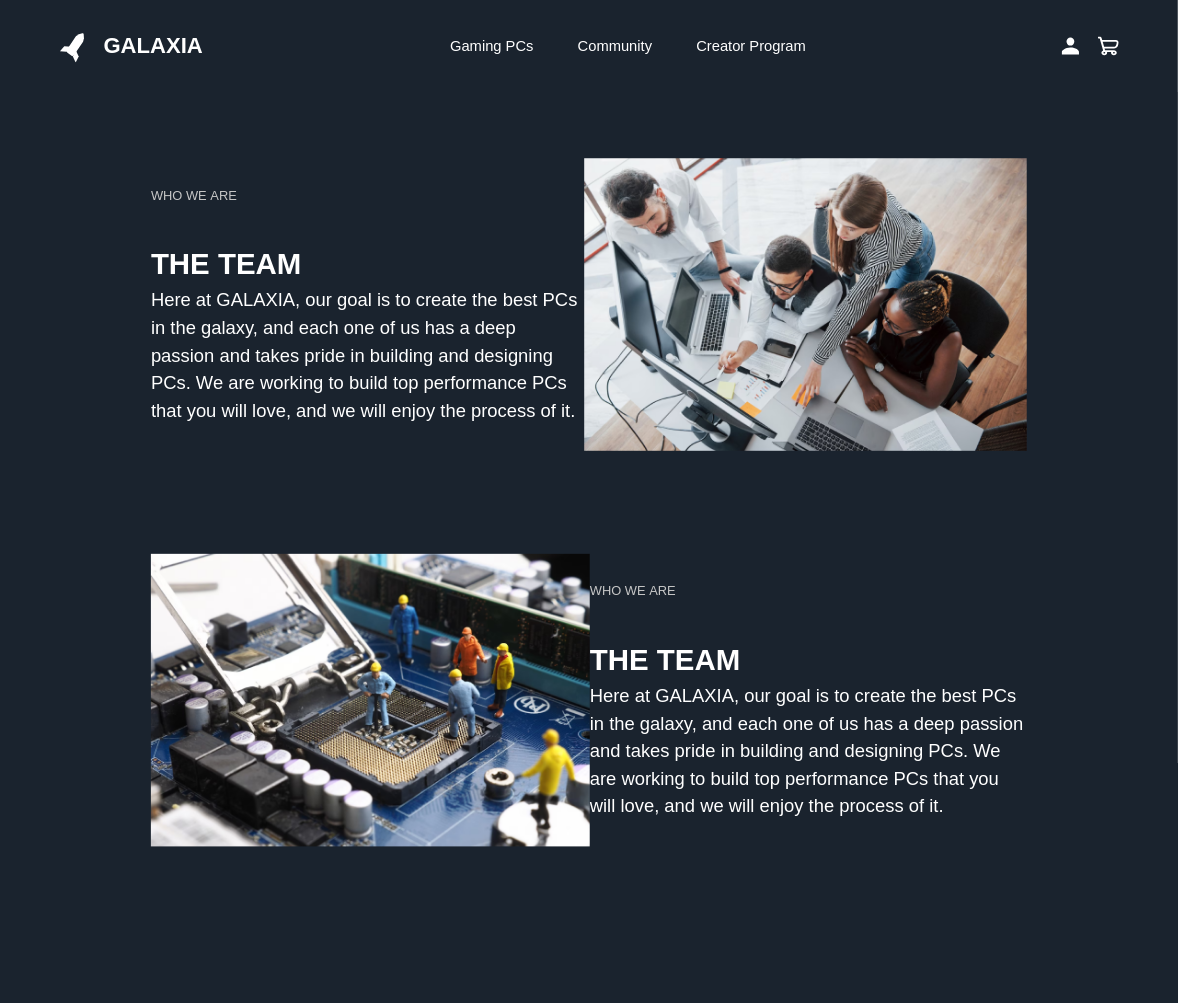
Repository: kaitlynlie/galaxia_pcs
Page: /community
An editor plug-in stored every save of this project. The page is shown before and after the next save, followed by the edit.
The browser window is 1280 px wide. The pictures show the part of the page from y = 0 to 1090 px (the page is 2415 px tall before and 2393 px after), at 92% of full size.
Pictures or frames that could not be fetched are drawn as grey boxes. Some web fonts or font styles are not loaded; a fallback is used. The project was rebuilt for these pictures with package versions that can differ from the ones it lists, and the page was loaded fresh each time. Also part of the build but not shown: vite.config.js, components/Button.jsx, components/PCcard.jsx, components/WhyFeatures.jsx, sections/Hero.jsx, sections/Triton.jsx, sections/Neptune.jsx, sections/Jupiter.jsx and 5 more. Imported but missing from the stored project, and not drawn on this page: src/assets/video.mp4.

Above is the page before, as saved 2023-08-08 18:34:42.

### index.html
<!DOCTYPE html>
<html lang="en">
  <head>
    <meta charset="UTF-8" />
    <link rel="icon" type="image/svg+xml" href="/logo.svg" />
    <link rel="preconnect" href="https://stijndv.com" />
    <link rel="stylesheet" href="https://stijndv.com/fonts/Eudoxus-Sans.css" />
    <meta name="viewport" content="width=device-width, initial-scale=1.0" />
    <title>GALAXIA</title>
  </head>
  <body>
    <div id="root"></div>
    <script type="module" src="/src/main.jsx"></script>
  </body>
</html>

### src/main.jsx
import React from 'react'
import App from './App.jsx'
import ReactDOM from 'react-dom';
import { BrowserRouter } from 'react-router-dom';


ReactDOM.render(
  <BrowserRouter>
    <App />
  </BrowserRouter>,
  document.getElementById('root'),
);

### src/App.jsx
import Navbar from '../components/Navbar'
import Home from '../pages/Home'
import Community from '../pages/Community'
import Creator from '../pages/Creator'
import PCs from '../pages/PCs'
import { Route, Routes } from 'react-router-dom'
import React from 'react'
import '../styles/globals.css'

function App() {

  return (
    <>
    <div className='bg-primary-black overflow-hidden'>
      <Navbar />
      <Routes>
        <Route index path="/" element={<Home />} />
        <Route path="pc" element={<PCs />} />
        <Route path="community" element={<Community />} />
        <Route path="creator" element={<Creator />} />
      </Routes>
     </div>
    </>
  )
}

export default App

### components/Navbar.jsx
import { motion } from "framer-motion";
import styles from '../styles'
import { navVariants, textVariant } from '../utils/motion'
import { useState } from "react";
import { RiMenu3Line, RiCloseLine } from 'react-icons/ri';
import { Link } from 'react-router-dom'
import React from 'react'

const Navbar = () => {
  const [toggleMenu, setToggleMenu] = useState(false);

  const [nav, setNav] = useState(false);

  const openNav = () => {
    setNav(!nav);
  };

  return(
   <motion.nav
    variants={navVariants}
    initial="show"
    whileInView="show"
    viewport={{ once: false, amount: 0.25 }}
    className={`${styles.xPaddings} py-8 relative`}
  >
    <div className={`${styles.innerWidth} mx-auto flex justify-between gap-8 inline-block`}>
      <div className="flex flex-row gap-4">
        <img
          src='./logo.svg'
          alt='logo'
          />
          <Link onClick={openNav} to="/"><motion.h1 variants={textVariant(1.1)} className="flex text-white font-bold text-[24px]">
            <a>GALAXIA</a>
          </motion.h1></Link>
      </div>

      <ul className='flex justify-center items-center text-white max-[880px]:hidden block'>
        <Link onClick={openNav} to='/pc'><li className="mr-12"><a>Gaming PCs</a></li></Link>
        <Link onClick={openNav} to='/community'><li className="mr-12"><a>Community</a></li></Link>
        <Link onClick={openNav} to='/creator'><li><a>Creator Program</a></li></Link>
      </ul>

      <div className="relative ml-1 pointer max-[880px]:block hidden z-10">
        {toggleMenu
          ? <RiCloseLine color="#fff" size={27} onClick={() => setToggleMenu(false)} />
          : <RiMenu3Line color="#fff" size={27} onClick={() => setToggleMenu(true)} />}
        {toggleMenu && (
        <div className="flex justify-end items-end flex-col text-end bg-[#026884ce] p-3 absolute top-[40px] right-[10px] mt-1 rounded-[5px] shadow z-10">
          <div className="none">
            <ul className='flex justify-end items-end flex-col text-white text-end p-1'>
              <Link onClick={openNav} to='/pc'><li><a>Gaming PCs</a></li></Link>
              <Link onClick={openNav} to='/community'><li className="mt-2 pointer"><a>Community</a></li></Link>
              <Link onClick={openNav} to='/creator'><li className="mt-2 pointer"><a>Creator Program</a></li></Link>
            </ul>
          </div>
        </div>
        )}
        </div>

        <div className="flex flex-row gap-4 items-center max-[880px]:hidden block">
        <img
          src='./user.svg'
          alt='user'
        />
        <img
          src='./cart.svg'
          alt='cart'
        />
      </div>
      </div>

  </motion.nav>
  );
};

export default Navbar;

### pages/Community.jsx
import { Footer, Navbar } from '../components';
import { People, Video } from '../sections';
import styles from '../styles';
import { TypingText } from '../components';
import React from 'react'

const Community = () => (
  <div className='bg-primary-black overflow-hidden'>
    <div className='relative'>
    {/* <span className={`${styles.xPaddings} font-extrabold text-white text-[40px]`}>COMMUNITY</span> */}
      <People />
      {/* <div className='gradient-03 z-0' /> */}
    </div>
    <div className='relative'>
      <Video />
      <div className={`w-full ${styles.xPaddings} md:px-[100px] mt-10 items-center flex-col flex justify-between relative mb-20`}>
          <TypingText title='WHO WE ARE' textStyles='text-center' />
          <div className={`${styles.xPaddings} font-normal text-center text-secondary-white mt-10 flex-col flex flex-center`}>
              <span className="font-extrabold text-white sm:text-[32px] text-[20px]">THE TEAM</span>
              <p className="text-[20px] text-white">Here at GALAXIA, our goal is to create the best PCs in the galaxy, and each one of us has a deep passion and takes pride in building and designing PCs. We are working to build top performance PCs that you will love, and we will enjoy the process of it.</p>
          </div>
        </div>
      {/* <div className='gradient-04 z-0' /> */}
      <Footer />
    </div>
  </div>
);

export default Community;

### styles/globals.css
@import "tailwindcss/base";

@import "tailwindcss/components";

@import "tailwindcss/utilities";

* {
  margin: 0;
  padding: 0;
  box-sizing: border-box;
  font-family: "Eudoxus Sans", sans-serif;
  scroll-behavior: smooth;
}

.gradient-01 {
  background-image: linear-gradient(
    270deg,
    hsl(295deg 76% 51%) 0%,
    hsl(284deg 70% 73%) 26%,
    hsl(257deg 70% 86%) 39%,
    hsl(202deg 92% 90%) 50%,
    hsl(215deg 77% 81%) 61%,
    hsl(221deg 73% 70%) 74%,
    hsl(220deg 76% 51%) 100%
  );
  filter: blur(125px);
}

.hero-gradient {
  background: linear-gradient(
    97.86deg,
    #a509ff 0%,
    #34acc7 53.65%,
    #a134c7 100%
  );
}

.gradient-02 {
  position: absolute;
  width: 200px;
  height: 438px;
  top: 0px;
  right: 0px;

  background: #7aebfb;
  filter: blur(190px);
}

.glassmorphism {
  background: rgba(255, 255, 255, 0.25);
  box-shadow: 0 8px 32px 0 rgba(31, 38, 135, 0.37);
  backdrop-filter: blur(4px);
  -webkit-backdrop-filter: blur(4px);
  border: 1px solid rgba(255, 255, 255, 0.18);
}

.gradient-03 {
  position: absolute;
  width: 404px;
  height: 800px;
  left: 20%;
  top: 5%;

  background: rgba(149, 66, 232, 0.35);
  filter: blur(175px);
  transform: rotate(-114.2deg);
}

.gradient-04 {
  position: absolute;
  width: 304px;
  height: 100vh;
  left: 30%;
  top: 10%;

  background: rgba(45, 72, 152, 0.75);
  filter: blur(200px);
  transform: rotate(-53.13deg);
}

.gradient-05 {
  background: linear-gradient(
    180deg,
    rgba(255, 255, 255, 0.04) 0%,
    rgba(255, 255, 255, 0) 100%
  );
}

.feedback-gradient {
  position: absolute;
  width: 200px;
  height: 316px;
  left: 0px;
  top: 0px;

  background: #8d39a3;
  filter: blur(175px);
}

.footer-gradient {
  position: absolute;
  width: 500px;
  height: 100px;
  left: 37%;
  bottom: 0;

  background: #65c4fa;
  filter: blur(150px);
}

.object {
  animation: MoveUpDown 4s linear infinite;
  position: relative;
  left: 0;
  bottom: 0;
}

@keyframes MoveUpDown {
  0%, 100% {
    bottom: 0;
  }
  50% {
    bottom: 100px;
  }
}

### styles/index.js
const styles = {
    innerWidth: '2xl:max-w-[1280px] w-full',
    interWidth: 'lg:w-[80%] w-[100%]',

    paddings: 'sm:p-16 xs:p-8 px-6 py-12',
    yPaddings: 'sm:py-16 xs:py-8 py-12',
    xPaddings: 'sm:px-16 px-6',
    topPaddings: 'sm:pt-16 xs:pt-8 pt-12',
    bottomPaddings: 'sm:pb-16 xs:pb-8 pb-12',

    flexCenter: 'flex justify-center items-center',
    flexStart: 'flex justify-start items-start',
    flexEnd: 'flex justify-end',
    navPadding: 'pt-[98px]',

    // hero section
    heroHeading:
        'font-bold lg:text-[144px] md:text-[100px] sm:text-[60px] text-[44px] lg:leading-[158.4px] md:leading-[114.4px] sm:leading-[74.4px] leading-[64.4px] uppercase text-white',
    heroDText:
        'md:w-[212px] sm:w-[80px] w-[60px] md:h-[108px] sm:h-[48px] h-[38px] md:border-[18px] border-[9px] rounded-r-[50px] border-white sm:mx-2 mx-[6px]',
  };

  export default styles;

### utils/motion.js
export const navVariants = {
  hidden: {
    opacity: 0,
    y: -50,
    transition: {
      type: 'spring',
      stiffness: 300,
      damping: 140,
    },
  },
  show: {
    opacity: 1,
    y: 0,
    transition: {
      type: 'spring',
      stiffness: 80,
      delay: 1,
    },
  },
};

export const slideIn = (direction, type, delay, duration) => ({
  hidden: {
    x: direction === 'left' ? '-100%' : direction === 'right' ? '100%' : 0,
    y: direction === 'up' ? '100%' : direction === 'down' ? '100%' : 0,
  },
  show: {
    x: 0,
    y: 0,
    transition: {
      type,
      delay,
      duration,
      ease: 'easeOut',
    },
  },
});

export const staggerContainer = (staggerChildren, delayChildren) => ({
  hidden: {},
  show: {
    transition: {
      staggerChildren,
      delayChildren,
    },
  },
});

export const textVariant = (delay) => ({
  hidden: {
    y: 50,
    opacity: 0,
  },
  show: {
    y: 0,
    opacity: 1,
    transition: {
      type: 'spring',
      duration: 1.25,
      delay,
    },
  },
});

export const textContainer = {
  hidden: {
    opacity: 0,
  },
  show: (i = 1) => ({
    opacity: 1,
    transition: { staggerChildren: 0.1, delayChildren: i * 0.1 },
  }),
};

export const textVariant2 = {
  hidden: {
    opacity: 0,
    y: 20,
  },
  show: {
    opacity: 1,
    y: 0,
    transition: {
      type: 'tween',
      ease: 'easeIn',
    },
  },
};

export const fadeIn = (direction, type, delay, duration) => ({
  hidden: {
    x: direction === 'left' ? 100 : direction === 'right' ? -100 : 0,
    y: direction === 'up' ? 100 : direction === 'down' ? -100 : 0,
    opacity: 0,
  },
  show: {
    x: 0,
    y: 0,
    opacity: 1,
    transition: {
      type,
      delay,
      duration,
      ease: 'easeOut',
    },
  },
});

export const planetVariants = (direction) => ({
  hidden: {
    x: direction === 'left' ? '-100%' : '100%',
    rotate: 120,
  },
  show: {
    x: 0,
    rotate: 0,
    transition: {
      type: 'spring',
      duration: 1.8,
      delay: 0.5,
    },
  },
});

export const zoomIn = (delay, duration) => ({
  hidden: {
    scale: 0,
    opacity: 0,
  },
  show: {
    scale: 1,
    opacity: 1,
    transition: {
      type: 'tween',
      delay,
      duration,
      ease: 'easeOut',
    },
  },
});

export const footerVariants = {
  hidden: {
    opacity: 0,
    y: 50,
    transition: {
      type: 'spring',
      stiffness: 300,
      damping: 140,
    },
  },
  show: {
    opacity: 1,
    y: 0,
    transition: {
      type: 'spring',
      stiffness: 80,
      delay: 0.5,
    },
  },
};

### components/index.js
import Navbar from './Navbar';
import { TypingText, TitleText } from './CustomTexts';
import PCcard from './PCcard';
import WhyFeatures from './WhyFeatures';
import Footer from './Footer';
import Button from './Button';

export {
  Navbar,
  TitleText,
  TypingText,
  WhyFeatures,
  PCcard,
  Footer,
  Button,
};

### sections/index.js
import Hero from './Hero';
import Triton from './Triton';
import Neptune from './Neptune';
import Jupiter from './Jupiter';
import WhyUs from './WhyUs';
import People from './People';
import Video from './Video'
import Program from './Program'

export {
  Hero,
  Triton,
  Neptune,
  Jupiter,
  WhyUs,
  People,
  Video,
  Program
};

### components/CustomTexts.jsx
'use client';

import { motion } from "framer-motion";
import { textContainer, textVariant2 } from '../utils/motion'

export const TypingText = ({ title, textStyles}) => (
  <motion.p
    variants={textContainer}
    className={`font-normal text-[14px] text-secondary-white ${textStyles}`}
  >
    {Array.from(title).map((letter, index) => (
      <motion.span variants={textVariant2} key={index}>
        {letter === ' ' ? '\u00A0' : letter}
      </motion.span>
    ))}
  </motion.p>
);

export const TitleText = ({ title, textStyles}) => (
  <motion.h2
    variants={textVariant2}
    initial='hidden'
    whileInView='show'
    className={`mt-[22px] font-bold text-[32px] text-white ${textStyles}`}>
      {title}
  </motion.h2>
);

### components/Footer.jsx
'use client';
import { motion } from "framer-motion";
import { socials } from "../constants";
import styles from "../styles";
import { footerVariants } from "../utils/motion";

const Footer = () => (
  <motion.footer
    variants={footerVariants}
    initial='show'
    whileInView='show'
    viewport={{ once: true, amount: 0.25 }}
    className={`${styles.paddings} py-8 relative`}>
    {/* <div className="footer-gradient" /> */}
    <div className={`${styles.innerWidth} mx-auto flex flex-col gap-8`}>
      <div className="flex items-center sm:justify-between flex-wrap gap-5">
        <h4 className="font-bold md:text-[64px] text-[44px] text-white">Stay Up to Date</h4>
        <button type="button" className="flex items-center h-fit py-4 px-6 bg-[#25618b] rounded-[32px] gap-[12px]">
          <img src='/logo.svg' alt='logo' className="w-[24px] h-[24px] object-contains"/>
          <span className="font-normal text-[16px] text-white">Sign Up</span>
        </button>
      </div>

      <div className="flex flex-col">
        <div className="mb-[50px] h-[2px] bg-white opacity-10"/>
        <div className="flex items-center justify-between flex-wrap gap-4">
          <h4 className="font-extrabold text-[24px] text-white">GALAXIA</h4>
          <p className="font-normal text-[14px] text-white opacity-50">
          Copyright © 2023 - 2024 Galaxia. All rights reserved.
          </p>
          <div className="flex gap-4">
            {socials.map((social) => (
              <img
                key={social.name}
                src={social.url}
                alt={social.name}
                className="w-[24px] h-[24px] object-contain cursor-pointer" />
            ))}
          </div>
        </div>
      </div>
    </div>
  </motion.footer>
);

export default Footer;

### sections/People.jsx
import React from 'react'

import { motion } from "framer-motion";
import { TypingText, Button } from '../components'
import styles from '../styles';
import { fadeIn, staggerContainer } from '../utils/motion';

const People = () => (
    <section className={`${styles.xPaddings} relative z-10 py-8 flex flex-col justify-center items-center mt-10 gap-8`}>
      <div className={`${styles.innerWidth} md:px-[100px] mb-0 items-center flex-row max-[1234px]:flex-col flex justify-between`}>

        {/* <div className='mr-24 max-[1234px]:mr-0'> */}
        <div>
          <TypingText title='WHO WE ARE' textStyles='text-start max-[1234px]:text-center' />
          <div className="font-normal text-start max-[1234px]:text-center text-secondary-white mt-10 flex-col flex flex-center">
              <span className="font-extrabold text-white sm:text-[32px] text-[20px]">THE TEAM</span>
              <p className="text-[20px] text-white">Here at GALAXIA, our goal is to create the best PCs in the galaxy, and each one of us has a deep passion and takes pride in building and designing PCs. We are working to build top performance PCs that you will love, and we will enjoy the process of it.</p>
          </div>
        </div>

          <img
            src="/team.png"
            alt="team"
            className="z-10 relative w-[90%] h-[90%] max-[1234px]:mt-20 max-[1234px]:hidden"
          />
    </div>

    <div className={`${styles.innerWidth} ${styles.xPaddings} md:px-[100px] mb-0 items-center flex-row max-[1234px]:flex-col flex flex-start justify-between mt-20`}>
      <img
        src="/process.png"
        alt="process"
        className="z-10 relative w-[90%] h-[90%]"
      />

      {/* <div className='ml-24 max-[1234px]:ml-0 max-[1234px]:mt-20'> */}
      <div>
        <TypingText title='WHO WE ARE' textStyles='text-start max-[1234px]:text-center' />
        <motion.div
          variants={fadeIn('up', 'tween', 0.2, 1)}
          viewport={{ once: true, amount: 0.25}}
          className="font-normal max-[1234px]:text-center text-start text-secondary-white mt-10 flex-col flex flex-center">
            <span className="font-extrabold text-white sm:text-[32px] text-[20px]">THE TEAM</span>
            <p className="text-[20px] text-white">Here at GALAXIA, our goal is to create the best PCs in the galaxy, and each one of us has a deep passion and takes pride in building and designing PCs. We are working to build top performance PCs that you will love, and we will enjoy the process of it.</p>
        </motion.div>
      </div>
    </div>
</section>
);

export default People

### sections/Video.jsx
import React, { useState } from 'react';
import { BsFillPlayFill, BsPauseFill } from 'react-icons/bs'
import { video } from '../src/assets';
import styles from '../styles';
import { TypingText } from '../components';

const Video = () => {
  const vidRef = React.useRef();
  const [playVideo, setplayVideo] = React.useState(false)
  const handleVideo = () => {
    setplayVideo((prevPlayVideo) => !prevPlayVideo)
    if(playVideo) {
      vidRef.current.pause();
    } else {
      vidRef.current.play();
    }
  }
  return (
    <div className={`h-screen relative mt-20 max-[1200px]:px-0 px-80 py-20 max-[1200px]:py-0`}>
      <video
        src={video}
        ref={vidRef}
        className='object-cover w-[100%] h-[100%]'
        type='video/mp4'
        loop
        controls = {false}
        muted
      />
      <div className='absolute flex justify-center items-center inset-0'>
        <div
        className='flex justify-center items-center pointer rounded-full border border-white w-[100px] h-[100px]'
        onClick={handleVideo}>
          {playVideo
          ? ( <BsPauseFill color='#fff' fontSize={50}/>
          ) : <BsFillPlayFill color='#fff' fontSize={50}/> }
        </div>
      </div>
    </div>
  )
};

export default Video;

### constants/index.js
export const neptuneSet = [
  {
    imgUrl: '/pc3.png',
    title: 'THALASSA',
    price: '$1,099.99 USD',
    xprice: '$1,299.99 USD',
  },
  {
    imgUrl: '/pc2.png',
    title: 'NEREID',
    price: '$1,399.99 USD',
    xprice: '$1,699.99 USD',
  },
  {
    imgUrl: '/pc1.png',
    title: 'TRITON',
    price: '$1,599.99 USD',
    xprice: '$1,999.99 USD'
  }
];

export const jupiterSet = [
  {
    imgUrl: '/pc4.png',
    title: 'EUROPA',
    price: '$2,499.99 USD',
    xprice: '$2,699.99 USD',
  },
  {
    imgUrl: '/pc5.png',
    title: 'CALLISTO',
    price: '$2,599.99 USD',
    xprice: '$2,799.99 USD',
  },
  {
    imgUrl: '/pc6.png',
    title: 'GANYMEDE',
    price: '$2,799.99 USD',
    xprice: '$2,999.99 USD'
  }
]

export const whyUs = [
  {
    number: 1,
    subtitle: 'Built with the highest quality of materials, Galaxia hand builds and ships worldwide, delivering with a white glove service.'
  },
  {
    number: 2,
    subtitle: 'We offer a 1 year full parts and labor warranty in case anything happens, so you can spend your time having fun instead fo worrying.'
  },
  {
    number: 3,
    subtitle: 'We are not lying when we say we have the highest performing PCs in the galaxy, with quality parts and expert craftmanship for the best experience.'
  }
]

export const creators = [
  {
    number: 1,
    subtitle: 'When you sign up for our GALAXIA creator program, your application will be interviewed by our team. Then, if you are the right fit, you will receive a response.'
  },
  {
    number: 2,
    subtitle: 'If you have been accepted to our program, then congratulations! You will receive a welcome email, tracking link, creator panel, and more you will need to be a GALAXIA creator.'
  },
  {
    number: 3,
    subtitle: 'Once your creator panel is up and running, you will receive 5% of every sale you make by using your link!'
  }
]

export const socials = [
  {
    name: 'twitter',
    url: '/twitter.svg',
  },
  {
    name: 'linkedin',
    url: '/linkedin.svg',
  },
  {
    name: 'instagram',
    url: '/instagram.svg',
  },
  {
    name: 'facebook',
    url: '/facebook.svg',
  },
];

### src/assets/index.js
import video from './video.mp4'

export {
    video
}

### tailwind.config.js
/** @type {import('tailwindcss').Config} */
module.exports = {
  content: [
    "./src/**/*.{html,js,jsx}",
    './pages/**/*.{html,js,jsx}',
    './components/**/*.{html,js,jsx}',
    './sections/**/*.{html,js,jsx}',
    './styles/**/*.{js,jsx}',
  ],
  mode: 'jit',
  theme: {
    extend: {
      colors: {
        'primary-black': '#1A232E',
        'secondary-white': '#c7c7c7',
      },
      transitionTimingFunction: {
        'out-flex': 'cubic-bezier(0.05, 0.6, 0.4, 0.9)',
      },
    },
  },
  plugins: [],
};

After the next save:
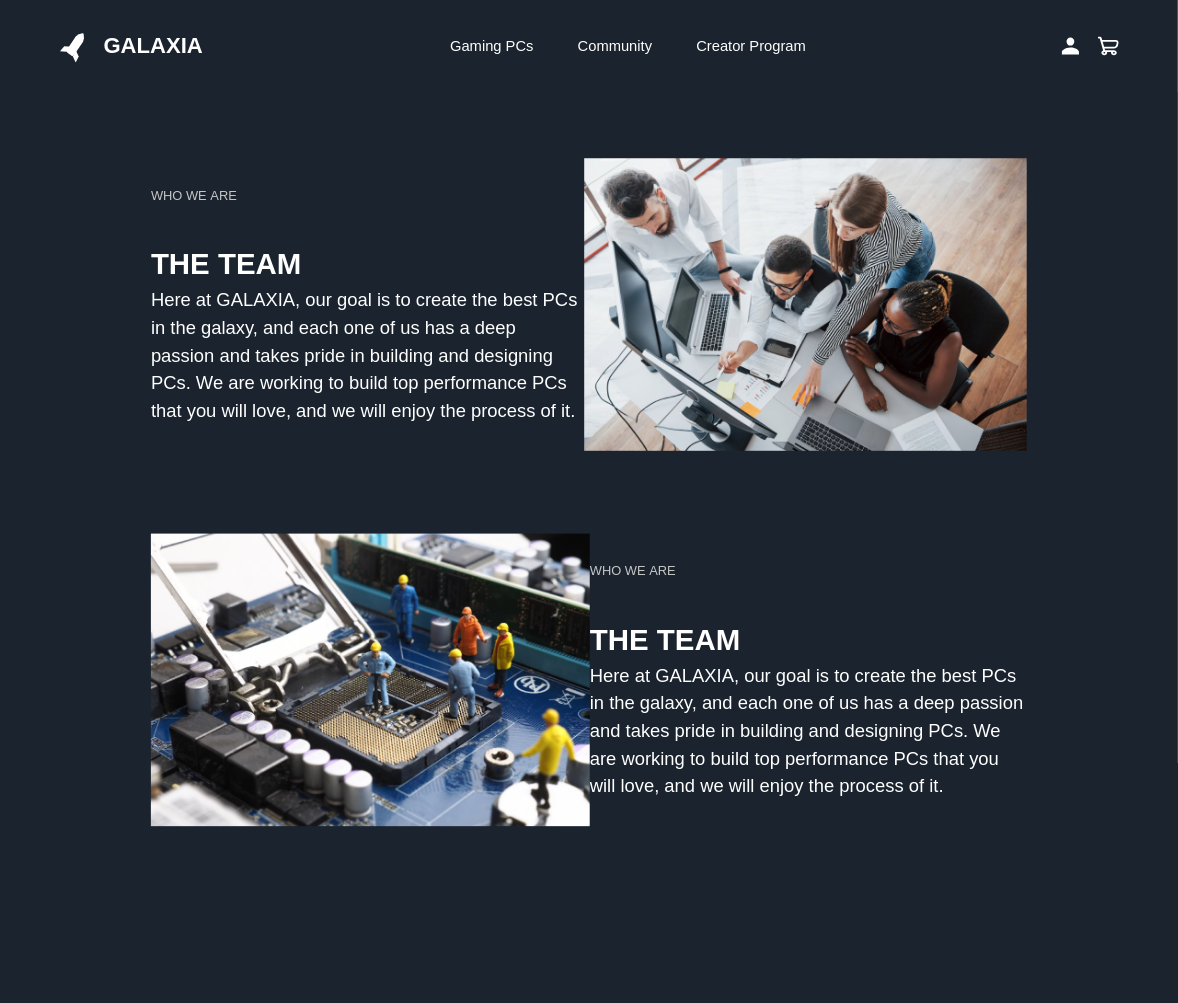
Saved 8 s later.
--- a/sections/People.jsx
+++ b/sections/People.jsx
@@ -6,7 +6,7 @@
 import { fadeIn, staggerContainer } from '../utils/motion';
 
 const People = () => (
-    <section className={`${styles.xPaddings} relative z-10 py-8 flex flex-col justify-center items-center mt-10 gap-8`}>
+    <section className={`${styles.xPaddings} relative z-10 py-8 flex flex-col justify-center items-center mt-10 gap-[10px]`}>
       <div className={`${styles.innerWidth} md:px-[100px] mb-0 items-center flex-row max-[1234px]:flex-col flex justify-between`}>
 
         {/* <div className='mr-24 max-[1234px]:mr-0'> */}
